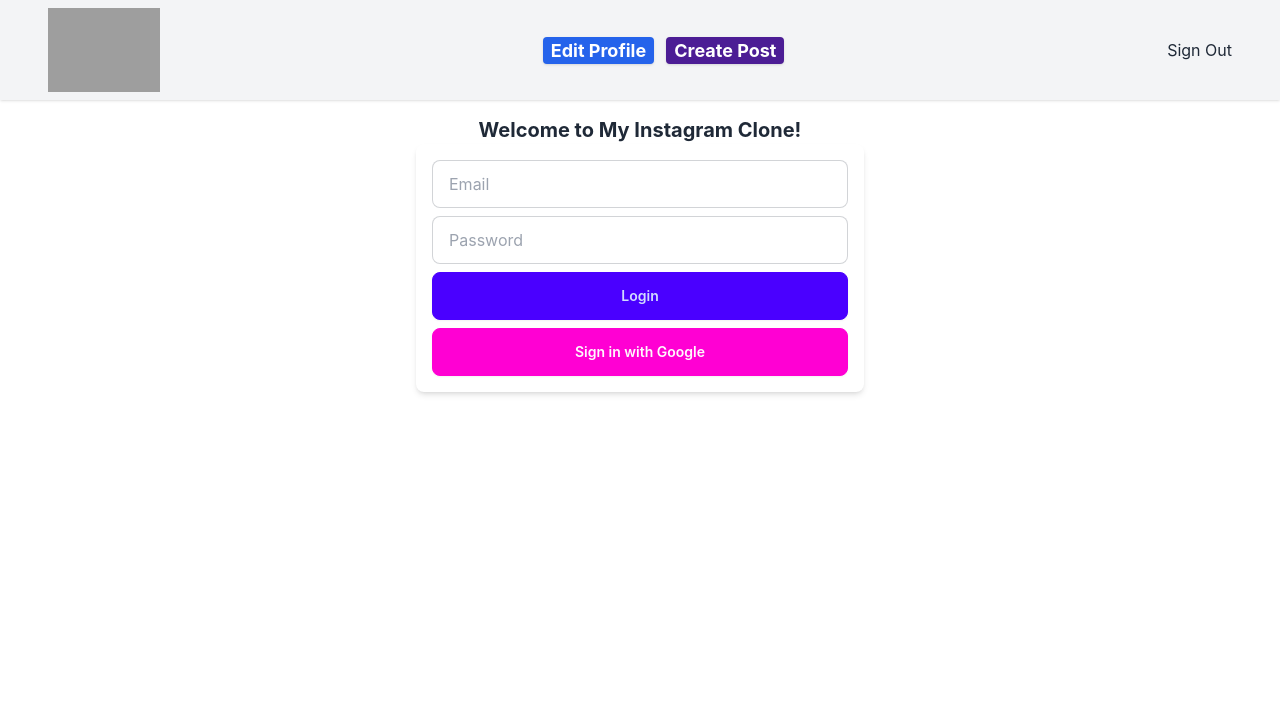
Repository: ossioa/instagrmmanu
Page: /login
An editor plug-in stored every save of this project. The page is shown before and after a run of saves, followed by the edit.
The browser window is 1280 px wide. The pictures show the whole page.
Pictures or frames that could not be fetched are drawn as grey boxes. The page's requests for data from a server got no answer. The project was rebuilt for these pictures with package versions that can differ from the ones it lists, and the page was loaded fresh each time. No one was signed in, and anything a server would have sent is missing. Also part of the build but not shown: src/Components/Auth/Signup.js, src/Components/Common/Layout.jsx, src/Components/Profile/EditProfile.jsx, src/Components/Post/CreatePost.jsx.

Above is the page before, as saved 2024-05-12 00:27:33.

### src/App.js
import React from 'react';
import { BrowserRouter as Router, Routes, Route, Navigate } from 'react-router-dom';
import { AuthProvider } from './contexts/AuthContext';
import Login from './Components/Auth/Login';
import Signup from './Components/Auth/Signup';
import Layout from './Components/Common/Layout';
import EditProfile from './Components/Profile/EditProfile';
import CreatePost from './Components/Post/CreatePost';
//import PrivateRoute from './Components/Common/PrivateRoute';
import Navbar from './Components/Common/Navbar';
import Home from './Home';



function App() {
  return (
    <Router>
      <AuthProvider>
      <Home/>
        <Routes>
          <Route path="/login" element={<Login />} />
          <Route path="/signup" element={<Signup />} />
          <Route path="/" element={
              <Layout>
                <EditProfile />
                <CreatePost />
                <Navbar/>
              </Layout>
          } />
          <Route path="*" element={<Navigate to="/" />} />
        </Routes>
      </AuthProvider>
    </Router>
  );
}

export default App;

### src/contexts/AuthContext.jsx
import React, { createContext, useContext, useState, useEffect } from 'react';
import { auth } from '../config/firebase';
import { onAuthStateChanged } from 'firebase/auth';

const AuthContext = createContext();

export const AuthProvider = ({ children }) => {
  const [user, setUser] = useState(null);
  const [isLoading, setIsLoading] = useState(true); // Track loading state

  useEffect(() => {
    const unsubscribe = onAuthStateChanged(auth, (user) => {
      setUser(user);
      setIsLoading(false); // Update loading state when auth state is resolved
    });

    return () => unsubscribe();
  }, []);

  return (
    <AuthContext.Provider value={{ user, isLoading }}>
      {children}
    </AuthContext.Provider>
  );
};

export const useAuth = () => useContext(AuthContext);

### src/Components/Auth/Login.jsx
import React, { useState } from 'react';
import { auth } from '../../config/firebase';
import { signInWithEmailAndPassword, GoogleAuthProvider, signInWithPopup } from 'firebase/auth';

const Login = () => {
  const [email, setEmail] = useState('');
  const [password, setPassword] = useState('');

  const handleEmailLogin = async (event) => {
    event.preventDefault();
    try {
      const userCredential = await signInWithEmailAndPassword(auth, email, password);
      console.log('Logged in Successfully:', userCredential.user);
    } catch (error) {
      console.error('Error Logging in:', error);
    }
  };

  const googleSignIn = async () => {
    const provider = new GoogleAuthProvider();
    try {
      const result = await signInWithPopup(auth, provider);
      console.log('Google Sign-In Success', result.user);
    } catch (error) {
      console.error('Google Sign-In Error', error);
    }
  };

  return (
    <form onSubmit={handleEmailLogin} className="flex flex-col p-4 space-y-2 bg-white shadow-md rounded-lg max-w-md mx-auto">
      <input
        type="email"
        value={email}
        onChange={(e) => setEmail(e.target.value)}
        placeholder="Email"
        className="input input-bordered w-full"
        autoComplete="username"
      />
      <input
        type="password"
        value={password}
        onChange={(e) => setPassword(e.target.value)}
        placeholder="Password"
        className="input input-bordered w-full"
        autoComplete="current-password"
      />
      <button type="submit" className="btn btn-primary w-full">Login</button>
      <button type="button" onClick={googleSignIn} className="btn btn-secondary w-full">Sign in with Google</button> {/* Bouton pour la connexion Google */}
    </form>
  );
};

export default Login;

### src/Components/Common/Navbar.jsx
import React from 'react';
import { Link, useNavigate } from 'react-router-dom';
//import { useAuth } from '../../contexts/AuthContext'; // Adjust the path as necessary
import { auth } from '../../config/firebase'; // Ensure this is correctly imported
import { signOut } from 'firebase/auth';

const Navbar = () => {
  //const { currentUser } = useAuth();
  const navigate = useNavigate(); // Hook to programmatically navigate

  const handleSignOut = async () => {
    try {
      await signOut(auth);  // Firebase sign out
      navigate('/login');   // Redirect to login after sign out
    } catch (error) {
      console.error('Sign out failed', error);
    }
  };

  return (
    <div className='flex justify-between items-center px-12 py-2 bg-gray-100 sticky top-0 z-20 shadow'>
      <div className='flex'>
        <img src='https://pngedits.com/public/uploads/preview/instagram-logo-png-image-download-11617068196c1gb8cm06w.png' alt='logo' className='w-28' />
      </div>
      {/* <Search /> Uncomment this line if the Search component is defined elsewhere */}
      <div className='flex items-center justify-between gap-x-3'>
        <button className='text-white bg-blue-600 hover:bg-green-600 transform transition duration-500 ease-in-out hover:scale-110 font-bold px-2 py-0 shadow rounded text-[18px]'><Link to="/profile/edit">Edit Profile</Link></button>
        <button className='text-white bg-violet-900 hover:bg-yellow-500 transform transition duration-500 ease-in-out hover:scale-110 font-bold px-2 py-0 shadow rounded text-[18px]'><Link to="/post/create">Create Post</Link></button>
      </div>
      <button onClick={handleSignOut} className="hover:text-blue-300 transition duration-200">Sign Out</button>
    </div>
  );
}

export default Navbar;

### src/Home.jsx
import React from 'react';
import Navbar from './Components/Common/Navbar';
import PostList from './Components/Post/PostList';

const Home = () => {
  return (
    <div>
      <Navbar />
      <div className="container mx-auto mt-4">
        <h1 className="text-xl font-bold text-center">Welcome to My Instagram Clone!</h1>
        <PostList />
      </div>
    </div>
  );
};

export default Home;

### src/config/firebase.js
import { initializeApp } from 'firebase/app';
import { getFirestore } from 'firebase/firestore';
import { getAuth } from 'firebase/auth';
import { getStorage } from 'firebase/storage';
import { setPersistence, browserSessionPersistence } from 'firebase/auth';

//Firebase configuration
const firebaseConfig = {
  apiKey: "AIzaSyCRk86K_x3uTYvSoD7edeMJFlYN4vrIYAg",
  authDomain: "instagramclone241.firebaseapp.com",
  projectId: "instagramclone241",
  storageBucket: "instagramclone241.appspot.com",
  messagingSenderId: "567921808959",
  appId: "1:567921808959:web:6ca2bafa2d16ce1749ca8a"
};

// Initialize Firebase
const app = initializeApp(firebaseConfig);

// Initialize the Firebase services
const db = getFirestore(app);
const auth = getAuth(app);
const storage = getStorage(app);

setPersistence(auth, browserSessionPersistence)
  .then(() => {
    console.log("Persistence is set to session-based");
  })
  .catch((error) => {
    console.error("Error setting persistence:", error);
  });

export { db, auth, storage };

### src/Components/Post/PostList.jsx
import React, { useEffect, useState } from 'react';
import { collection, getDocs } from 'firebase/firestore';
import { db } from '../../config/firebase';
import { formatDistanceToNow } from 'date-fns';

const PostList = () => {
  const [posts, setPosts] = useState([]);

  useEffect(() => {
    const fetchPosts = async () => {
      const querySnapshot = await getDocs(collection(db, "posts"));
      const postsData = querySnapshot.docs.map(doc => {
        const data = doc.data();
        return {
          id: doc.id,
          ...data,
          timestamp: data.timestamp ? data.timestamp.toDate() : new Date()
        };
      });
      setPosts(postsData);
    };

    fetchPosts();
  }, []);

  return (
    <div>
      {posts.map(post => (
        <div key={post.id} style={{ marginBottom: '20px' }}>
          <img src={post.photoURL} alt="Post" style={{ width: '100%' }} />
          <p>{post.caption}</p>
          <small>{formatDistanceToNow(post.timestamp)} ago</small>  {/* Affichage du temps écoulé depuis la création du post */}
          <div>
            <button>👍 {post.likes}</button> {/* Bouton pour liker */}
            <span> - {post.comments.length} comments</span> {/* Affichage du nombre de commentaires */}
          </div>
        </div>
      ))}
    </div>
  );
};

export default PostList;

### tailwind.config.js
/** @type {import('tailwindcss').Config} */
module.exports = {
  content: [
    "./src/**/*.{js,jsx,ts,tsx}",
  ],
  theme: {
    extend: {
      animation: {
        'gradient-x':'gradient-x 10s ease infinite',
        'gradient-y':'gradient-y 10s ease infinite'
      },
      keyframes: {
        'gradient-y': {
          '0%, 100%': {
            'background-size':'400% 400%',
            'background-position': 'center top'
          },
          '50%': {
            'background-size':'200% 200%',
            'background-position': 'center center'
          }
        },
        'gradient-x': {
          '0%, 100%': {
            'background-size':'200% 200%',
            'background-position': 'left center'
          },
          '50%': {
            'background-size':'200% 200%',
            'background-position': 'right center'
          }
        }
      }
    },
  },
  plugins: [
    require('daisyui'),
  ],
}

Loaded but not shown: public/index.html (common file); src/index.js (common file); src/index.css (common file)

After the next 2 saves:
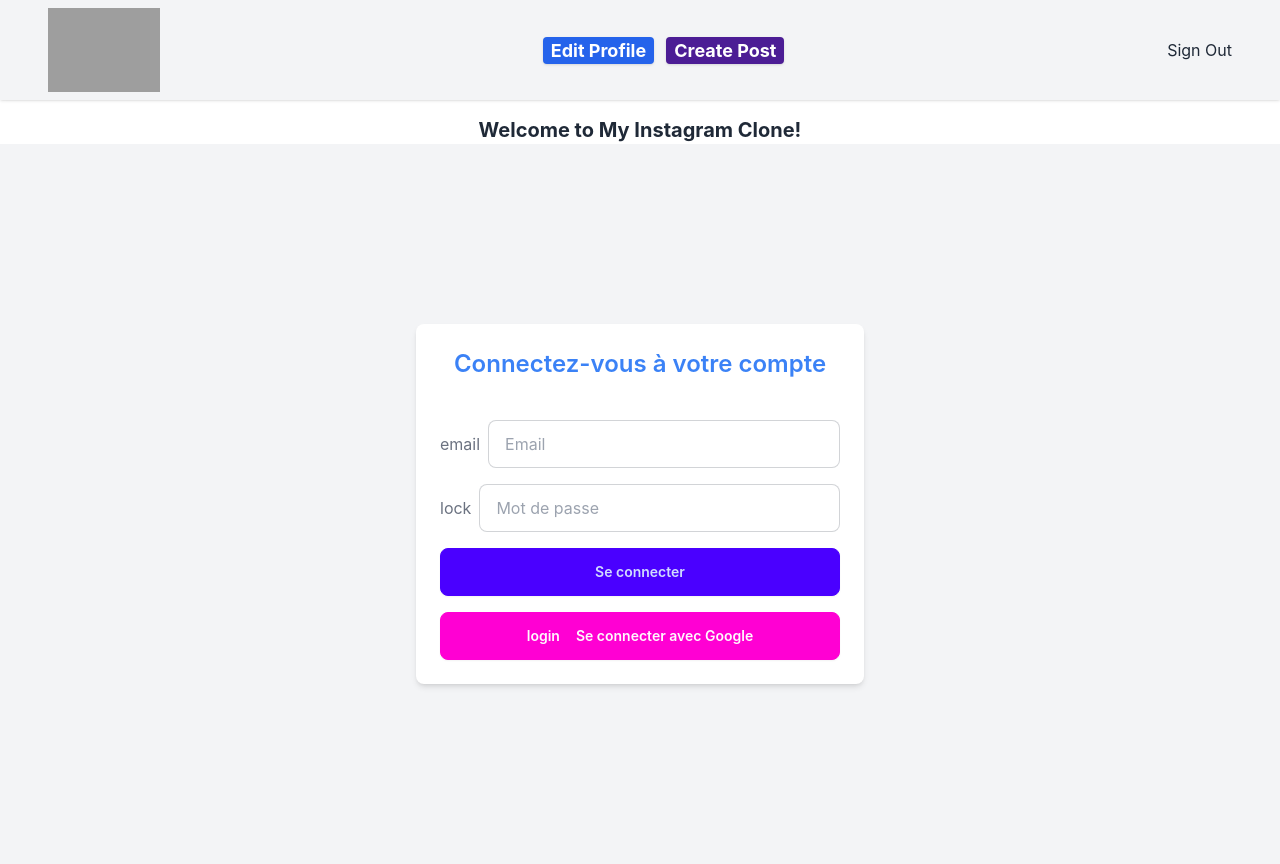
The 2 saves are shown as one change because they came seconds apart.
The last was saved 21 s later.
--- a/src/Components/Auth/Login.jsx
+++ b/src/Components/Auth/Login.jsx
@@ -27,26 +27,38 @@ const Login = () => {
   };
 
   return (
-    <form onSubmit={handleEmailLogin} className="flex flex-col p-4 space-y-2 bg-white shadow-md rounded-lg max-w-md mx-auto">
-      <input
-        type="email"
-        value={email}
-        onChange={(e) => setEmail(e.target.value)}
-        placeholder="Email"
-        className="input input-bordered w-full"
-        autoComplete="username"
-      />
-      <input
-        type="password"
-        value={password}
-        onChange={(e) => setPassword(e.target.value)}
-        placeholder="Password"
-        className="input input-bordered w-full"
-        autoComplete="current-password"
-      />
-      <button type="submit" className="btn btn-primary w-full">Login</button>
-      <button type="button" onClick={googleSignIn} className="btn btn-secondary w-full">Sign in with Google</button> {/* Bouton pour la connexion Google */}
-    </form>
+    <div className="flex justify-center items-center min-h-screen bg-gray-100">
+      <form onSubmit={handleEmailLogin} className="flex flex-col p-6 space-y-4 bg-white shadow-md rounded-lg max-w-md w-full">
+        <h2 className="text-2xl font-semibold text-center mb-6 text-blue-500">Connectez-vous à votre compte</h2>
+        <div className="flex items-center space-x-2">
+          <span className="material-icons-outlined text-gray-500">email</span>
+          <input
+            type="email"
+            value={email}
+            onChange={(e) => setEmail(e.target.value)}
+            placeholder="Email"
+            className="input input-bordered w-full"
+            autoComplete="username"
+          />
+        </div>
+        <div className="flex items-center space-x-2">
+          <span className="material-icons-outlined text-gray-500">lock</span>
+          <input
+            type="password"
+            value={password}
+            onChange={(e) => setPassword(e.target.value)}
+            placeholder="Mot de passe"
+            className="input input-bordered w-full"
+            autoComplete="current-password"
+          />
+        </div>
+        <button type="submit" className="btn btn-primary w-full">Se connecter</button>
+        <button type="button" onClick={googleSignIn} className="btn btn-secondary w-full flex items-center justify-center">
+          <span className="material-icons-outlined mr-2">login</span>
+          Se connecter avec Google
+        </button>
+      </form>
+    </div>
   );
 };
 
